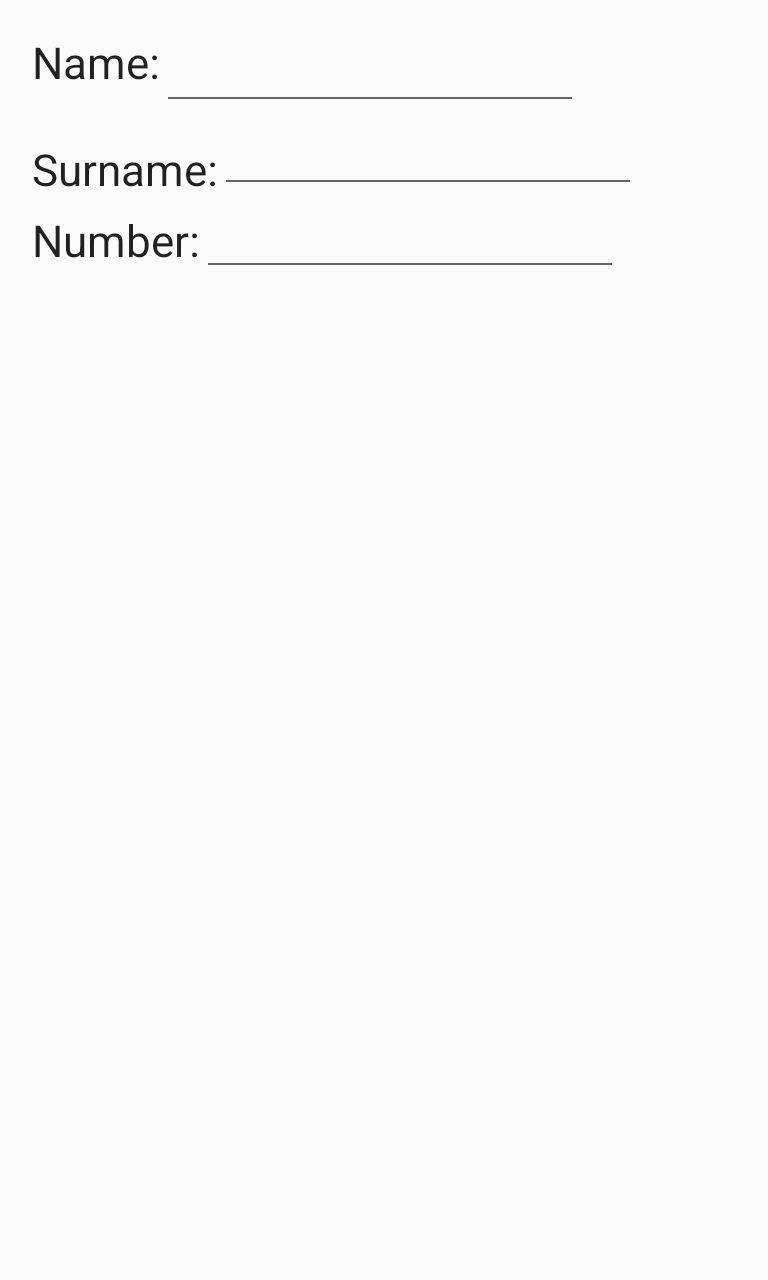
Repository: iliyankg/Iliyan-Georgiev-SID--5037470-A202SGI-Android-Development-Skills-Submission-2014-2015
Layout: PhoneBook/PhoneBook/res/layout/activity_add_contact.xml
An editor plug-in stored every save of this project. The layout is shown before and after the next save, followed by the edit.
It is drawn on a 768 x 1280 px phone screen (xhdpi) without system bars, with theme AppTheme; the app's code is not run.

Above is the layout before, as saved 2014-12-08 21:01:07.

After the next save:
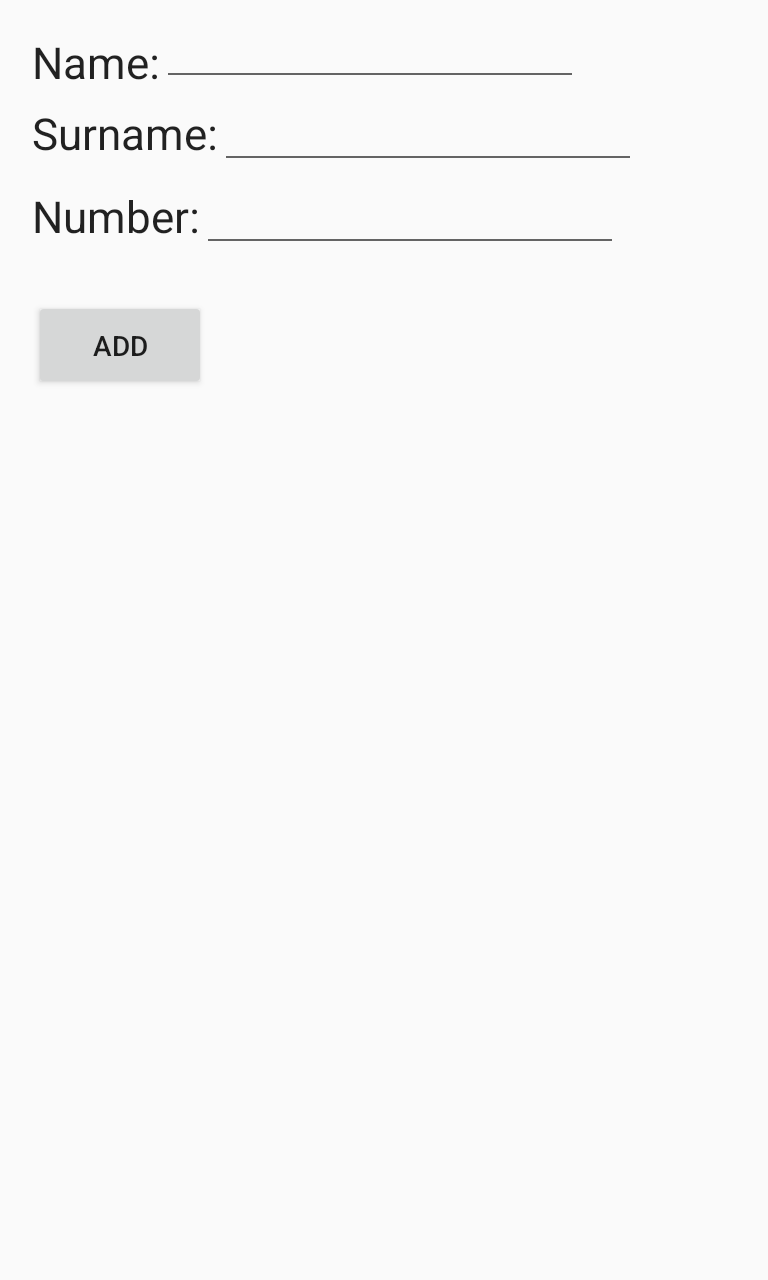
Saved 2 min 9 s later.
--- a/PhoneBook/PhoneBook/res/layout/activity_add_contact.xml
+++ b/PhoneBook/PhoneBook/res/layout/activity_add_contact.xml
@@ -36,15 +36,6 @@
         android:inputType="phone" />
 
     <TextView
-        android:id="@+id/textView2"
-        android:layout_width="wrap_content"
-        android:layout_height="wrap_content"
-        android:layout_alignBottom="@+id/editText2"
-        android:layout_alignLeft="@+id/textView1"
-        android:text="Surname:"
-        android:textAppearance="?android:attr/textAppearanceLarge" />
-
-    <TextView
         android:id="@+id/textView3"
         android:layout_width="wrap_content"
         android:layout_height="wrap_content"
@@ -58,9 +49,29 @@
         android:id="@+id/editText1"
         android:layout_width="wrap_content"
         android:layout_height="wrap_content"
+        android:layout_alignBottom="@+id/textView1"
         android:layout_alignTop="@+id/textView1"
         android:layout_toRightOf="@+id/textView1"
         android:ems="10"
         android:inputType="textPersonName" />
 
+    <TextView
+        android:id="@+id/textView2"
+        android:layout_width="wrap_content"
+        android:layout_height="wrap_content"
+        android:layout_alignBaseline="@+id/editText2"
+        android:layout_alignBottom="@+id/editText2"
+        android:layout_alignLeft="@+id/textView1"
+        android:text="Surname:"
+        android:textAppearance="?android:attr/textAppearanceLarge" />
+
+    <Button
+        android:id="@+id/button1"
+        android:layout_width="wrap_content"
+        android:layout_height="wrap_content"
+        android:layout_alignLeft="@+id/textView3"
+        android:layout_below="@+id/editText3"
+        android:layout_marginTop="20dp"
+        android:text="Add" />
+
 </RelativeLayout>
